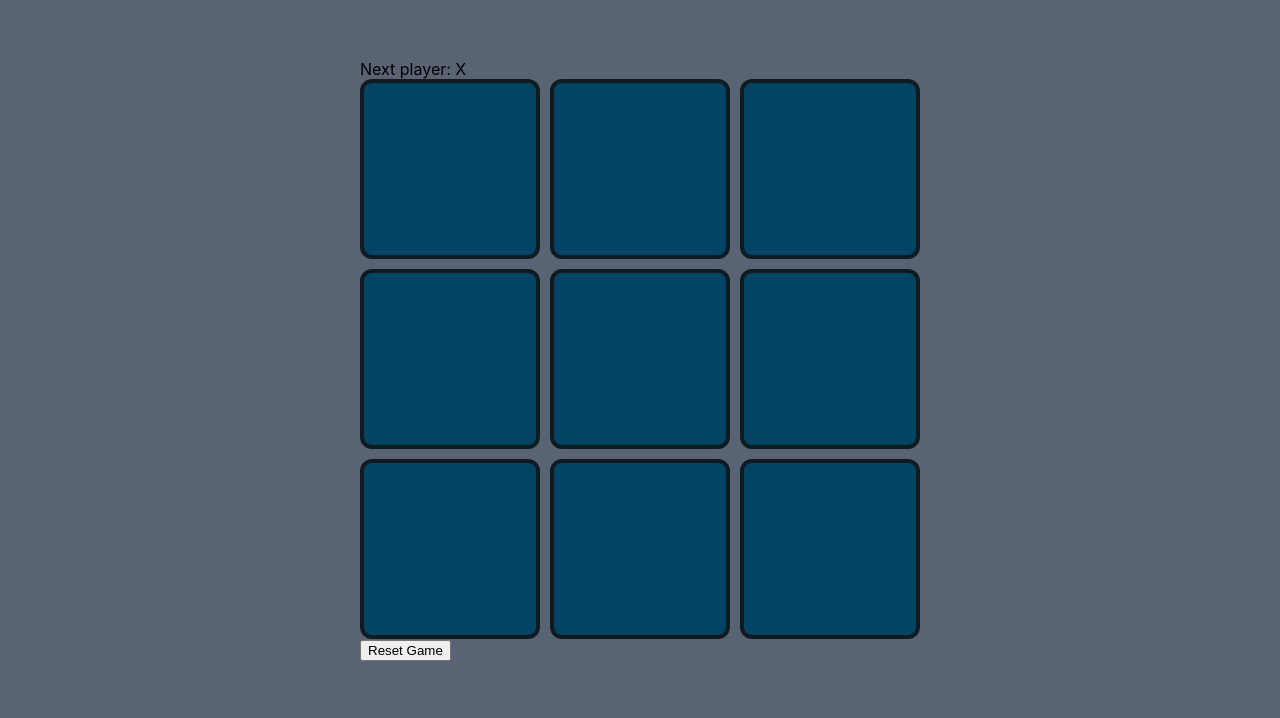
Repository: Monterro324/Tic-Tac
Page: / (app in tic-tac/)
The author's editor kept a copy of each file at every save. The page is drawn from the files as they stood at one save, then again after a run of saves.
The browser window is 1280 px wide. The pictures show the whole page.
The project was rebuilt for these pictures with package versions that can differ from the ones it lists, and the page was loaded fresh each time.

Above is the page before, as saved 2024-05-04 21:29:25.

### tic-tac/src/App.js
import { useState } from 'react';
import './App.css';
import Square from './Components/Square'; //Importing Square.js from Components

// function Square({value, onSquareClick}) {
//   return (
//     <button className="square" onClick={onSquareClick}>
//       {value}
//     </button>
//   );
// }



//Did not modify
export default function Board() {
  const [xIsNext, setXIsNext] = useState(true);
  const [squares, setSquares] = useState(Array(9).fill(null));

  function handleClick(i) {
    if (calculateWinner(squares) || squares[i]) {
      return;
    }
    const nextSquares = squares.slice();
    if (xIsNext) {
      nextSquares[i] = 'X';
    } else {
      nextSquares[i] = 'O';
    }
    setSquares(nextSquares);
    setXIsNext(!xIsNext);
  }

  //Basic reset button after winner is declare
  function resetGame() {
    setSquares(Array(9).fill(null)); // Resets all squares
    setXIsNext(true); // Resets the turn to the first player
  }

  const winner = calculateWinner(squares);
  let status;
  if (winner) {
    status = 'Winner: ' + winner;
  } else {
    status = 'Next player: ' + (xIsNext ? 'X' : 'O');
  }

  return (
    <>
      <div className="status">{status}</div>

      <div className="board">
        {squares.map((square, index) => (
          <Square key={index} value={square} onSquareClick={() => handleClick(index)} />
        ))}
      </div>
      <button className='reset-button' onClick={resetGame}>Reset Game</button>
    </>
  );
}

function calculateWinner(squares) {
  const lines = [
    [0, 1, 2],
    [3, 4, 5],
    [6, 7, 8],
    [0, 3, 6],
    [1, 4, 7],
    [2, 5, 8],
    [0, 4, 8],
    [2, 4, 6],
  ];
  for (let i = 0; i < lines.length; i++) {
    const [a, b, c] = lines[i];
    if (squares[a] && squares[a] === squares[b] && squares[a] === squares[c]) {
      return squares[a];
    }
  }
  return null;
}

### tic-tac/src/App.css
body, html {
  height: 100%;
  margin: 0;
  display: flex;
  flex-direction: column;
  justify-content: center;
  align-items: center;
  background-color: rgb(90, 99, 116);
}

.board {
  display: grid;
  grid-template-columns: repeat(3, 180px);
  grid-gap: 10px;
  justify-content: center;
}

.square {
  display: flex;
  align-items: center;
  justify-content: center;
  height: 180px;
  width: 180px;
  background: #034464;
  border: 4px solid #0f1b21;
  border-radius: 12px;
  cursor: pointer;
}

.rest-button {
  padding: 15px 30px;
  font-size: 18px;
  color: white;
  margin-top: 20px;
  padding: 10px 20px;
  font-size: 16px;
  color: white;
  background-color: #1f3540;
  border: none;
  border-radius: 12px;
  cursor: pointer;
  outline: none;
}

### tic-tac/src/Components/Square.js
import React from 'react';
import xImage from '../Components/Assets/mark-x.png';  // Update path to where your images are stored
import oImage from '../Components/Assets/mark-o.png';  // Update path to where your images are stored

function Square({ value, onSquareClick }) {
  const getImageUrl = (value) => {
    if (value === 'X') return xImage;
    if (value === 'O') return oImage;
    return null;
  };

  return (
    <button className="square" onClick={onSquareClick}>
      {value && <img src={getImageUrl(value)} alt={value} style={{ maxWidth: '100%', maxHeight: '100%' }} />}
    </button>
  );
}

export default Square

Loaded but not shown: tic-tac/public/index.html (common file); tic-tac/src/index.js (common file); tic-tac/src/index.css (common file); tic-tac/src/reportWebVitals.js (common file)

After the next 2 saves:
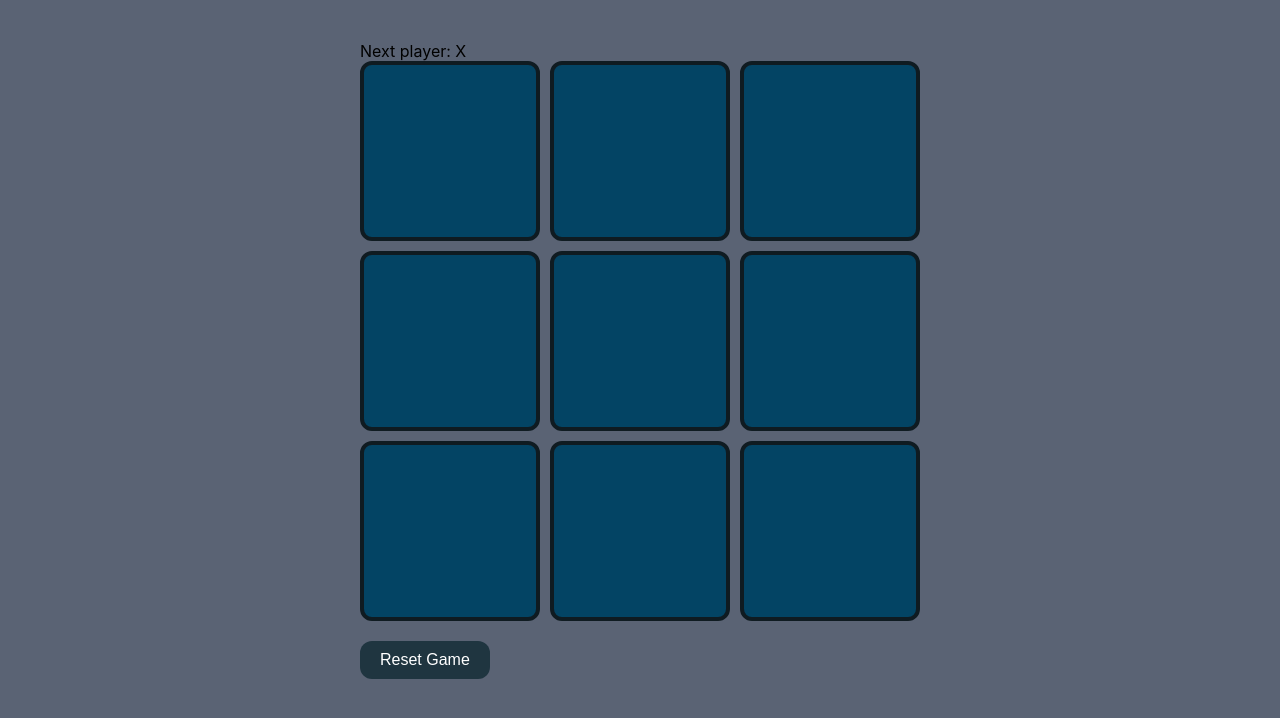
The 2 saves are shown as one change because they came seconds apart.
The last was saved 22 min 1 s later.
--- a/tic-tac/src/App.css
+++ b/tic-tac/src/App.css
@@ -27,7 +27,7 @@ body, html {
   cursor: pointer;
 }
 
-.rest-button {
+.reset-button {
   padding: 15px 30px;
   font-size: 18px;
   color: white;
